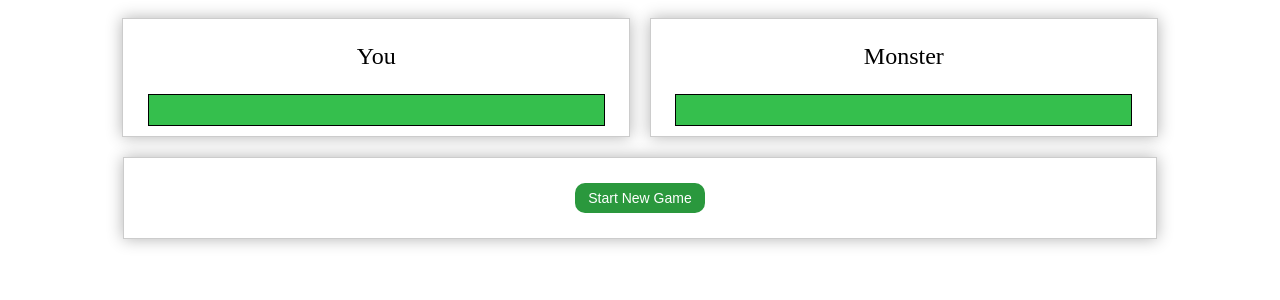
Repository: jakublack/game-fight-vue
Page: /
An editor plug-in stored every save of this project. The page is shown before and after a run of saves, followed by the edit.
The browser window is 1280 px wide. The pictures show the whole page.
The project was rebuilt for these pictures with package versions that can differ from the ones it lists, and the page was loaded fresh each time.

Above is the page before, as saved 2018-08-08 20:53:24.

After the next 2 saves:
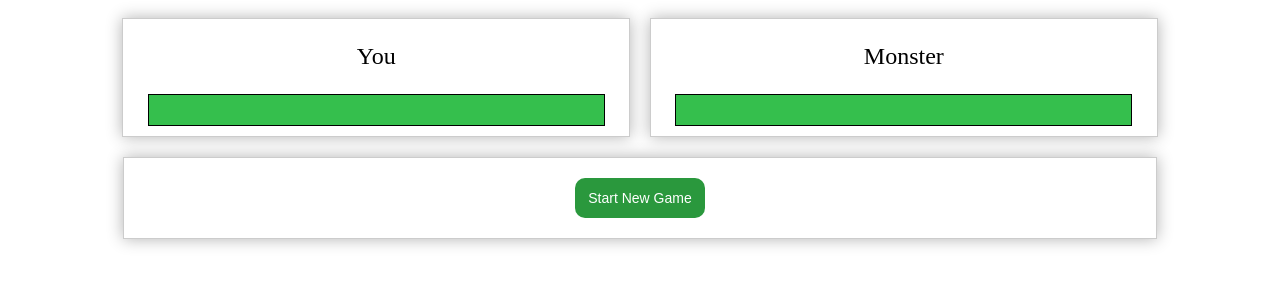
The 2 saves are shown as one change because they came seconds apart.
The last was saved 9 s later.
--- a/src/components/Game.vue
+++ b/src/components/Game.vue
@@ -66,7 +66,7 @@ export default {
 }
 .btn {
   width: 130px;
-  height: 30px;
+  height: 40px;
   border: none;
   cursor: pointer;
   font-size: 14px;
